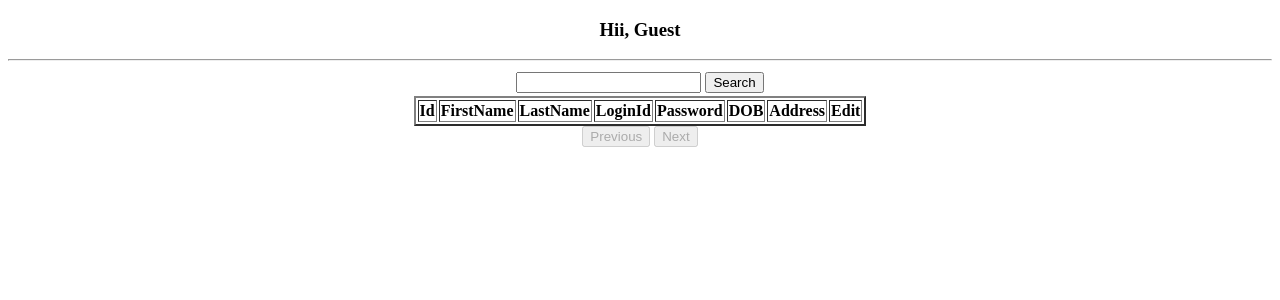
Repository: Jatdevta/AdvanceJava
Page: http://localhost/DynamicProject/UserListCtl
These files come from the project's save history. The page is drawn as it stood at one moment and after the next save; the edit follows.
The browser window is 1280 px wide. The pictures show the whole page.
The page is served by Tomcat 9. Queries for data that is not in the repository find no rows.

Above is the page before, as saved 2023-08-23 07:06:19.

After the next save:
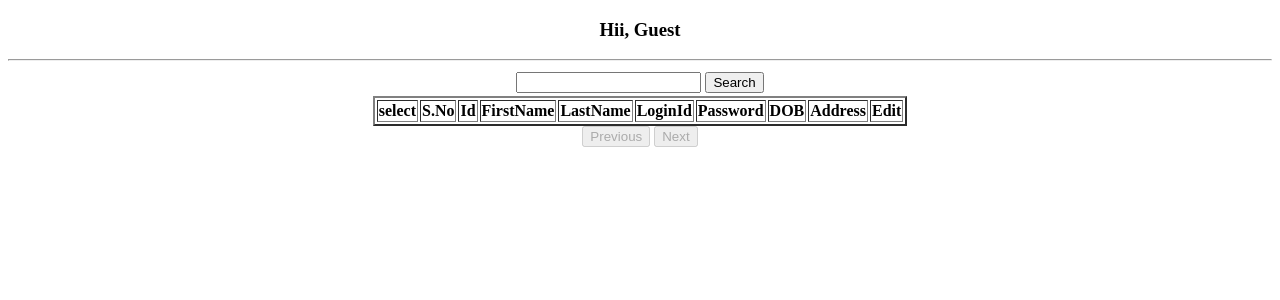
Saved 33 min 51 s later.
--- a/Advancejava/DynamicProject/WebContent/UserListView.jsp
+++ b/Advancejava/DynamicProject/WebContent/UserListView.jsp
@@ -34,6 +34,8 @@
 
 			<tr>
 
+				<th>select</th>
+				<th>S.No</th>
 				<th>Id</th>
 				<th>FirstName</th>
 				<th>LastName</th>
